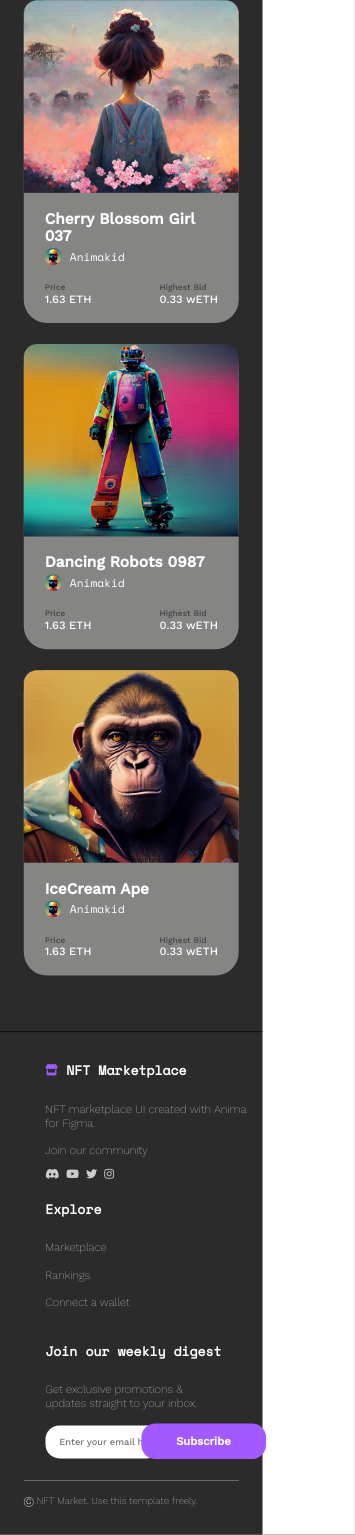
Repository: levananh202ht/NFT_Marketplace
Page: index.html
These files come from the project's save history. The page is drawn as it stood at one moment and after the next save; the edit follows.
The browser window is 375 px wide. The page is 507 px wide, so the pictures cover 507 px, including what lies to the right of the window. The pictures show the part of the page from y = 3818 to 6058 px (the page is 6011 px tall before and 6058 px after), at 70% of full size.

Above is the page before, as saved 2023-12-11 02:49:06.

After the next save:
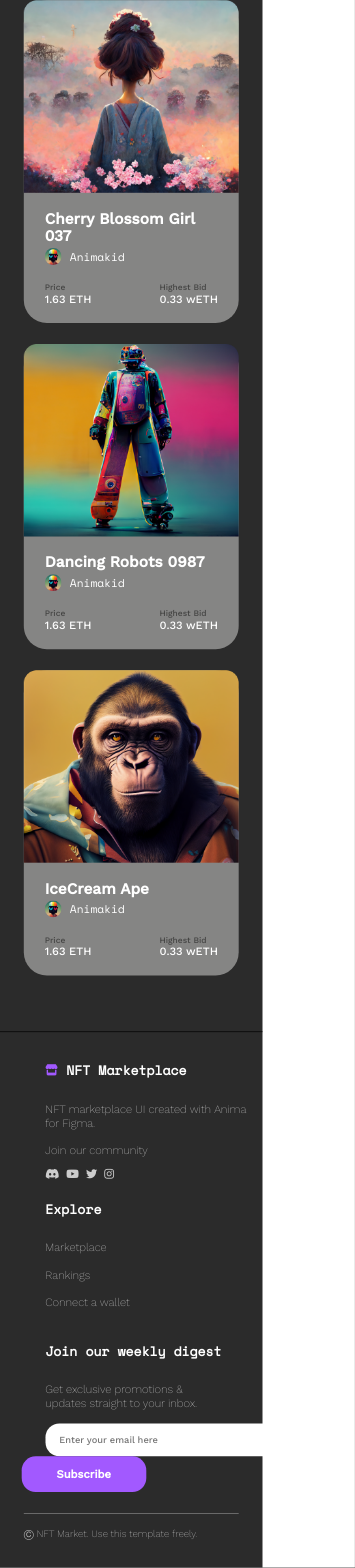
Saved 75 s later.
--- a/responsive.css
+++ b/responsive.css
@@ -127,7 +127,7 @@
         padding-left: 0;
         width: 150%;
     }
-    .nft_footer .nft_footer-info .nft_footer-info-item3 div {
-        flex-direction: column;
+    .nft_footer .nft_footer-info .nft_footer-info-item3 div input {
+        width: 100%;
     }
 }
